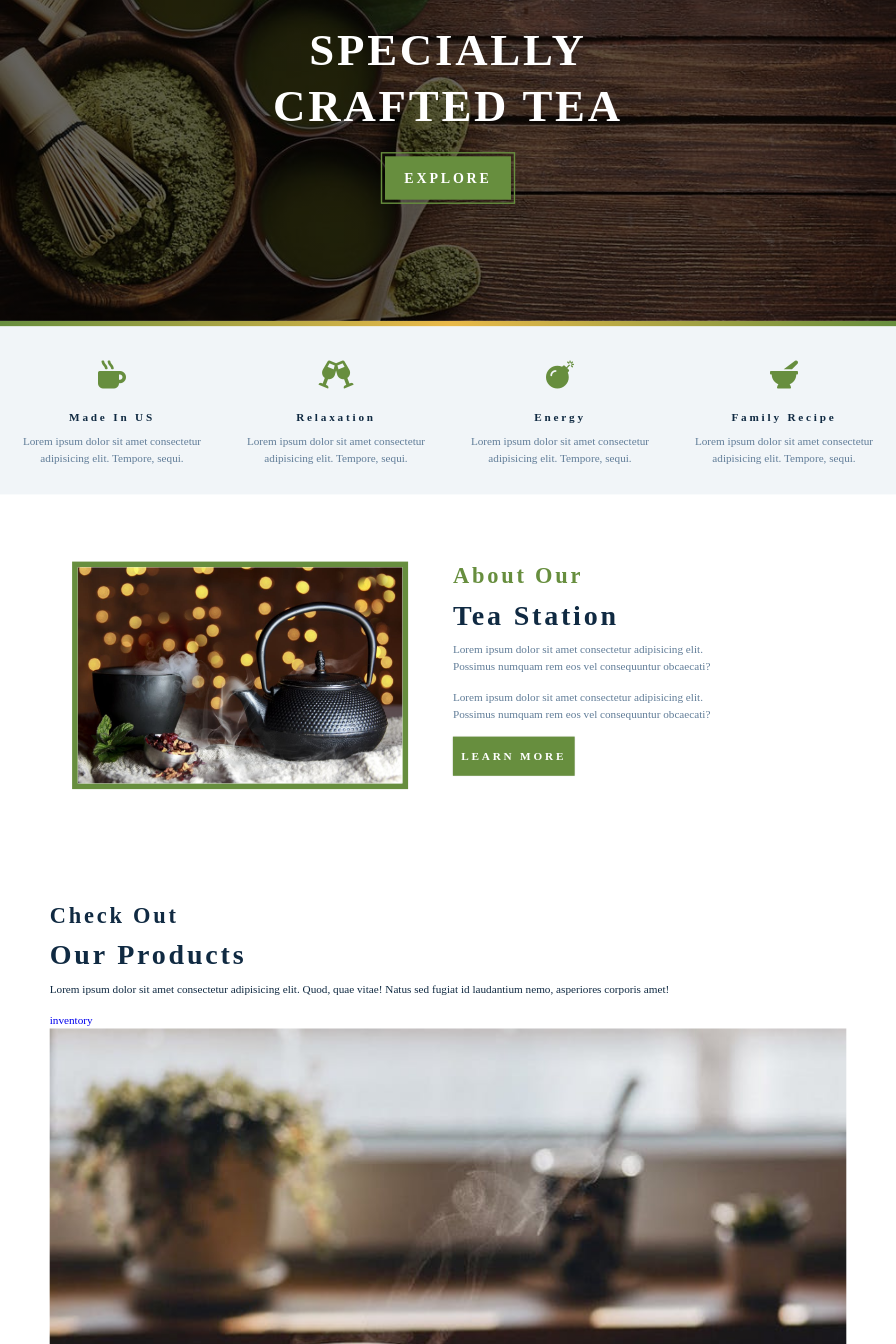
Repository: Ndifoinhilary/building_tea_site
Page: index.html
The author's editor kept a copy of each file at every save. The page is drawn from the files as they stood at one save, then again after the next save.
The browser window is 1280 px wide. The pictures show the part of the page from y = 406 to 2326 px (the page is 5532 px tall), at 70% of full size.
Backgrounds fixed to the window are drawn as part of the page. Some web fonts or font styles are not loaded; a fallback is used.

Above is the page before, as saved 2024-01-06 11:48:19.

### index.html
<!DOCTYPE html>
<html lang="en">

<head>
  <meta charset="UTF-8" />
  <meta name="viewport" content="width=device-width, initial-scale=1.0" />
  <meta http-equiv="X-UA-Compatible" content="ie=edge" />
  <title>Tea Station || Home</title>
  <!-- font-awesome -->
  <link rel="stylesheet" href="./fontawesome-free-5.7.2-web/css/all.css" />
  <!-- custom css -->
  <link rel="stylesheet" href="./css/styles.css" />
</head>

<body>
  <!-- nav button -->
  <span class="nav-btn" id="nav-btn">
    <i class="fas fa-bars"></i>
  </span>
  <!-- nav -->
  <nav class="navbar" id="navbar">
    <div class="navbar-header">
      <span class="nav-close" id="nav-close">
        <i class="fas fa-times"></i>
      </span>
    </div>
    <ul class="nav-items">
      <li><a href="index.html" class="nav-link">home</a></li>
      <li><a href="skills.html" class="nav-link">skills</a></li>
      <li><a href="about.html" class="nav-link">about</a></li>
      <li><a href="products.html" class="nav-link">products</a></li>
    </ul>
  </nav>
  <!-- header -->
  <header class="header">
    <div class="banner">
      <h2 class="banner-subtitle">Over one hunred flavors of tea</h2>
      <h1 class="banner-title">specially crafted tea</h1>
      <a href="skills.html" class=" btn banner-btn">explore</a>
    </div>
  </header>

  <div class="content-divider"></div>





  <!-- skills section -->
  <section class="skills clearfix">
    <!-- single skill -->
    <article class="skill">
      <span class="skill-icon">
        <i class="fas fa-mug-hot"></i>
      </span>
      <h4 class="skill-title">made in US</h4>
      <!-- ten words -->
      <p class="skill-text">
        Lorem ipsum dolor sit amet consectetur adipisicing elit. Tempore,
        sequi.
      </p>
    </article>
    <!-- end of single skill -->
    <!-- single skill -->
    <article class="skill">
      <span class="skill-icon">
        <i class="fas fa-glass-cheers"></i>
      </span>
      <h4 class="skill-title">relaxation</h4>
      <!-- ten words -->
      <p class="skill-text">
        Lorem ipsum dolor sit amet consectetur adipisicing elit. Tempore,
        sequi.
      </p>
    </article>
    <!-- end of single skill -->
    <!-- single skill -->
    <article class="skill">
      <span class="skill-icon">
        <i class="fas fa-bomb"></i>
      </span>
      <h4 class="skill-title">energy</h4>
      <!-- ten words -->
      <p class="skill-text">
        Lorem ipsum dolor sit amet consectetur adipisicing elit. Tempore,
        sequi.
      </p>
    </article>
    <!-- end of single skill -->
    <!-- single skill -->
    <article class="skill">
      <span class="skill-icon">
        <i class="fas fa-mortar-pestle"></i>
      </span>
      <h4 class="skill-title">family recipe</h4>
      <!-- ten words -->
      <p class="skill-text">
        Lorem ipsum dolor sit amet consectetur adipisicing elit. Tempore,
        sequi.
      </p>
    </article>
    <!-- end of single skill -->
  </section>
  <!--end of skills section -->




  <!-- about -->
  <section class="about">

    <div class="section-center clearfix">

      <article class="about-img">
        <div class="about-picture-container">
          <img src="./images/about-bcg.jpeg" alt="tea kettle" class="about-picture" />
        </div>
      </article>

      <article class="about-info">
        <!-- section title -->
        <div class="section-title">
          <h3 class="section-subtitle">about our</h3>
          <h2 class="section-title">tea station</h2>
        </div>
        <!-- section title -->
        <p class="about-text">
          Lorem ipsum dolor sit amet consectetur adipisicing elit. Possimus
          numquam rem eos vel consequuntur obcaecati?
        </p>
        <p class="about-text">
          Lorem ipsum dolor sit amet consectetur adipisicing elit. Possimus
          numquam rem eos vel consequuntur obcaecati?
        </p>
        <a href="about.html" class="btn">learn more</a>
      </article>
    </div>
  </section>
  <!-- end of about -->





  <!-- products -->
  <section class="products">
    <div class="section-center clearfix">
      <!-- products info  -->
      <article class="products-info">
        <!-- title -->
        <div>
          <h3 class="section-subtitle">check out</h3>
          <h2 class="section-title text-white">our products</h2>
        </div>
        <!-- end of title -->
        <p class="product-text">
          Lorem ipsum dolor sit amet consectetur adipisicing elit. Quod, quae
          vitae! Natus sed fugiat id laudantium nemo, asperiores corporis
          amet!
        </p>
        <a href="products.html" class="main-btn">inventory</a>
      </article>
      <!-- end of products info -->





      <!-- products inventory -->
      <article class="products-inventory clearfix">
        <!-- single product -->
        <div class="product">
          <img src="./images/product-1.jpeg" alt="single product" class="product-img" />
          <h3 class="product-title">product title</h3>
          <h3 class="product-price">$6.99</h3>
        </div>
        <!--end of single product -->
        <!-- single product -->
        <div class="product">
          <img src="./images/product-2.jpeg" alt="single product" class="product-img" />
          <h3 class="product-title">product title</h3>
          <h3 class="product-price">$6.99</h3>
        </div>
        <!--end of single product -->
        <!-- single product -->
        <div class="product">
          <img src="./images/product-3.jpeg" alt="single product" class="product-img" />
          <h3 class="product-title">product title</h3>
          <h3 class="product-price">$6.99</h3>
        </div>
        <!--end of single product -->
      </article>
      <!--end of  products inventory -->
    </div>
  </section>


  <!-- end of  products -->




  <!-- contact -->
  <section class="contact">
    <div class="section-center clearfix">
      <!-- contact info -->
      <article class="contact-info">
        <!-- contact item -->
        <div class="contact-item">
          <!-- contact text -->
          <h3 class="contact-title">
            <span class="contact-icon">
              <i class="fas fa-location-arrow"></i> </span>address
          </h3>
          <h3 class="contact-text">
            523 N Fairfax Ave, Los Angeles, CA 90048
          </h3>
        </div>
        <!-- end of contact item -->
        <!-- contact item -->
        <div class="contact-item">
          <!-- contact text -->
          <h3 class="contact-title">
            <span class="contact-icon"> <i class="fas fa-envelope"></i> </span>email
          </h3>
          <h3 class="contact-text">email@email.com</h3>
        </div>
        <!-- end of contact item -->

        <!-- contact item -->
        <div class="contact-item">
          <!-- contact text -->
          <h3 class="contact-title">
            <span class="contact-icon">
              <i class="fas fa-location-arrow"></i> </span>telephone
          </h3>
          <h3 class="contact-text">+ 123 456 789</h3>
        </div>
        <!-- end of contact item -->
      </article>
      <article class="contact-form">
        <form action="https://formspree.io/learncodetutorial@gmail.com" method="POST" class="form-group">
          <input type="text" name="name" placeholder="name" class="form-control" />
          <input type="email" name="email" placeholder="email" class="form-control" />
          <textarea name="message" placeholder="message" class="form-control" rows="5"></textarea>
          <button class="main-btn">send</button>
        </form>
      </article>
      <!-- end of contact info -->
    </div>
  </section>




  <!-- end o fcontact -->
  <footer class="footer">
    <div class="section-center">
      <div class="social-icons">
        <!-- social icon -->
        <a href="#" class="social-icon">
          <i class="fab fa-facebook"></i>
        </a>
        <!-- end of social icon -->
        <!-- social icon -->
        <a href="#" class="social-icon">
          <i class="fab fa-twitter"></i>
        </a>
        <!-- end of social icon -->
        <!-- social icon -->
        <a href="#" class="social-icon">
          <i class="fab fa-instagram"></i>
        </a>
        <!-- end of social icon -->
      </div>
      <p class="footer-text">
        &copy;2019 <span class="text-primary">tea station</span>. all rights
        reserved
      </p>
    </div>
  </footer>



  <script src="app.js"></script>
</body>

</html>

### css/styles.css
@import url("https://fonts.googleapis.com/css?family=Catamaran:400,700|Grand+Hotel");

* {
  margin: 0;
  padding: 0;
  box-sizing: border-box;
}

/*================
Global variables
===================
*/

:root{
  --clr-primary:#678e3e;
  --clr-primary-light:#beed8c;
  --clr-grey-1:#102a42;
  --clr-grey-5:#617d98;
  --clr-grey-10:#f1f5f8;
  --clr-white:#fff;
  --ff-primary:"Catamaran",sans-serif;
  --ff-secondary:"Grand Hotel", cursive;
  --transition: all 0.3s linear ;
  --spacing:0.25rem;
  --radius:0.5rem;
}


body{
  font-family: var(--clr-primary);
  background: var(--clr-white);
  color: var(--clr-grey-1);
  line-height: 1.5;
  font-size: 0.875rem;
}

a{
  text-decoration: none;
}

img{
  width: 100%;
  display: block;
}
h1,h2,h3,h4{
  letter-spacing: var(--spacing);
  text-transform: capitalize;
  line-height: 1.25;
  margin-bottom: 0.75rem;
}

h1{
  font-size: 3rem;
}
h2{
  font-size: 2rem;
}
h3{
  font-size: 1.5rem;
}
h4{
  font-size: 0.875rem;
}

p{
  margin-bottom: 1.25rem;
}
@media screen and (min-width:800px) {
  h1{
    font-size: 4rem;
  }
  h2{
    font-size: 2.5rem;
  }
  h3{
    font-size: 2rem;
  }
  h4{
    font-size: 1rem;
  }
  body{
    font-size: 1rem;
  }
  h1,h2,h3,h4{
    line-height: 1.25;

  }
}
/*
more css
 */

 .btn{
  text-transform: uppercase;
  background: var(--clr-primary);
  color: var(--clr-white);
  padding: 1rem 0.75rem;
  letter-spacing: var(--spacing);
  display: inline-block;
  font-weight:700 ;
  transition: var(--transition);
  font-size: 1rem;
  border: none;
  cursor: pointer;
  box-shadow: 0 1px 3px rgba(0, 0, 0,0.2);
 }
.btn:hover {
  color: var(--ff-primary);
  background: var(--clr-primary-light);
}
.clearfix::after , .clearfix::before{
  content: "";
  clear: both;
  display: table;
}
.section-title h3{
font-family: var(--ff-secondary);
color: var(--clr-primary);
}
section-title{
  margin-bottom: 2rem;
}
.section-center{
  padding: 4rem 0;
  width: 85vw;
  margin: 0 auto;
  max-width: 1170px;
}
@media screen and (min-width:992px) {
  .section-center{
    width: 95vw;
    padding: 4rem 1rem;
  }
}
 /*
 header
  */

  .header{
    min-height: 100vh;
    background: linear-gradient(rgba(0, 0, 0,0.6),rgba(0, 0, 0,0.6)) ,url("/images/main-bcg.jpeg") center/cover no-repeat fixed;
    position: relative;
    /* animation */
    overflow-x: hidden;

  }

  .banner{
    text-align: center;
    position: absolute;
    top: 50%;
    left: 50%;
    transform: translate(-50%,-50%);
  }

  .banner h2{
    font-family: var(--ff-secondary);
    color: var(--clr-primary);
    /* animation */
  }

  .banner h1{
    text-transform: uppercase;
    color: var(--clr-white);
    margin-top: 1.25rem;
    margin-bottom: 2rem;
  }

.banner-btn{
  outline: 0.125rem solid var(--clr-primary);
  outline-offset: 0.25rem;
  font-size: 1.25rem;
  padding:1rem 1.75rem ;
}

.content-divider{
height: 0.5rem;
background: linear-gradient(to left, var(--clr-primary), #e9b949, var(--clr-primary));
}

/*
skills section
 */

 .skills{
  background: var(--clr-grey-10);

 }

 .skill{
  text-align: center;
  padding: 2.5rem 0;
  transition: var(--transition);

 }

 .skill-icon{
  font-size: 2.5rem;
  margin-bottom: 1.25rem;
  transition: var(--transition);
  display: inline-block;
  color: var(--clr-primary);

 }
 .skill-text{
  color: var(--clr-grey-5);
  max-width: 17rem;
  margin: 0 auto;
 }
 .skill:hover {
  background: var(--clr-white);
  box-shadow: 0  2px var(--clr-primary);
 }

 .skill:hover .skill-icon{
  transform: translateY(-5px);
 }
 @media screen and (min-width:576px) {
  .skill{
    float: left;
    width: 50%;
  }
 }

 @media screen and (min-width:1200px) {
  .skill{

    width: 25%;
  }
 }

 /*
 About css
  */
.about-img, .about-info{
  padding: 2rem;
}

.about-picture-container{
  color: var(--clr-primary);
  border: 0.5rem solid var(--clr-primary);
  max-width: 30rem;
  overflow: hidden;

}

.about-picture{
  transition: var(--transition);
}

.about-picture-container:hover .about-picture{
opacity: 0.5;
transform: scale(1.2)
}


.about-text{
  max-width: 26rem;
  color: var(--clr-grey-5);
}


@media screen and (min-width:800px) {
  .about-info, .about-img{
    float: left;
  }
}

### app.js
const navBtn = document.getElementById("nav-btn");
const navbar = document.getElementById("navbar");
const navClose = document.getElementById("nav-close");

navBtn.addEventListener("click", () => {
  navbar.classList.add("showNav");
});

navClose.addEventListener("click", () => {
  navbar.classList.remove("showNav");
});

Loaded but not shown: fontawesome-free-5.7.2-web/css/all.css (library)

After the next save:
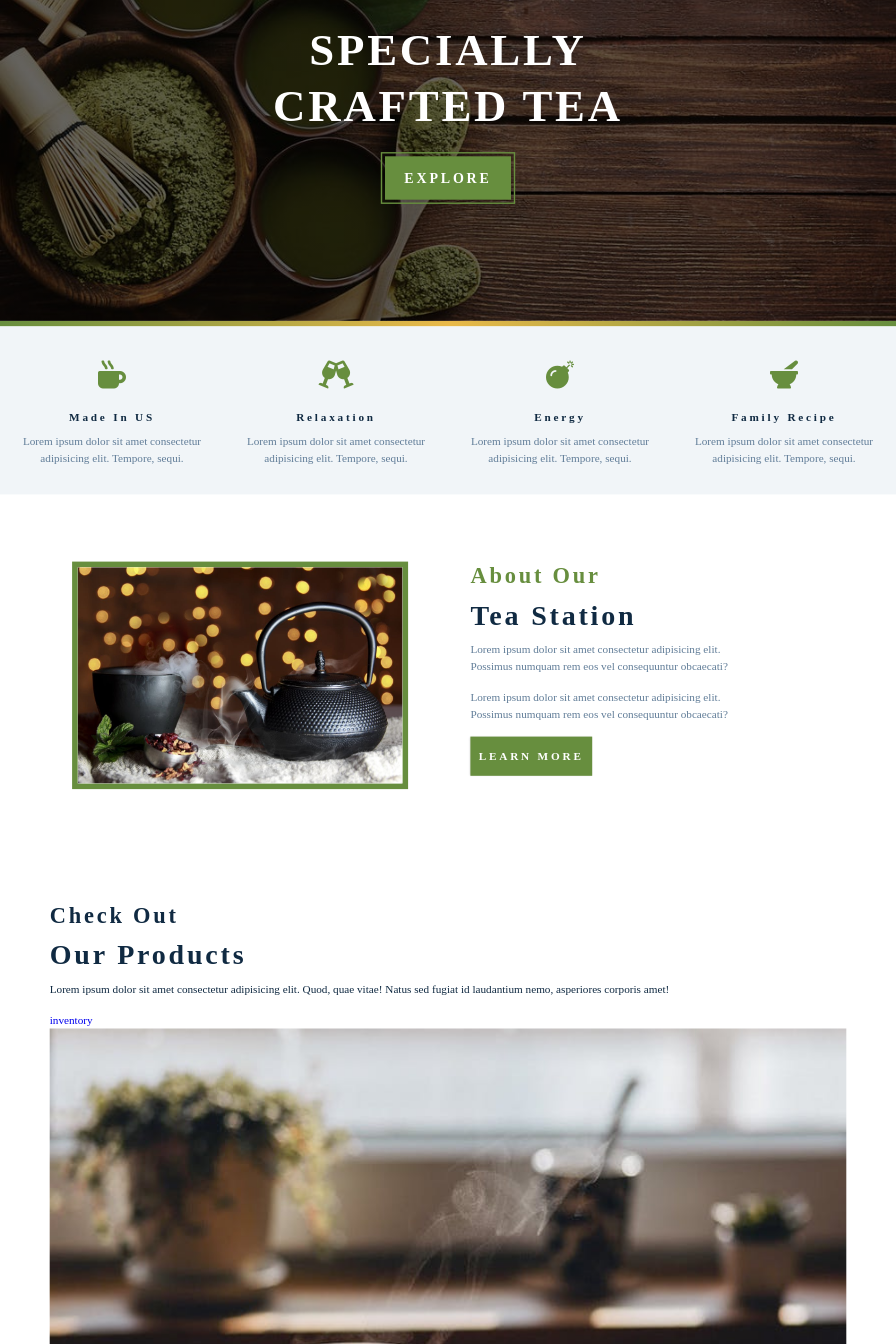
Saved 5 min 16 s later.
--- a/css/styles.css
+++ b/css/styles.css
@@ -260,8 +260,12 @@ transform: scale(1.2)
 }
 
 
-@media screen and (min-width:800px) {
+@media screen and (min-width:992px) {
   .about-info, .about-img{
     float: left;
-  }
-}
+    width: 50%;
+  }
+  .about-info{
+    padding-left:2rem ;
+  }
+}
